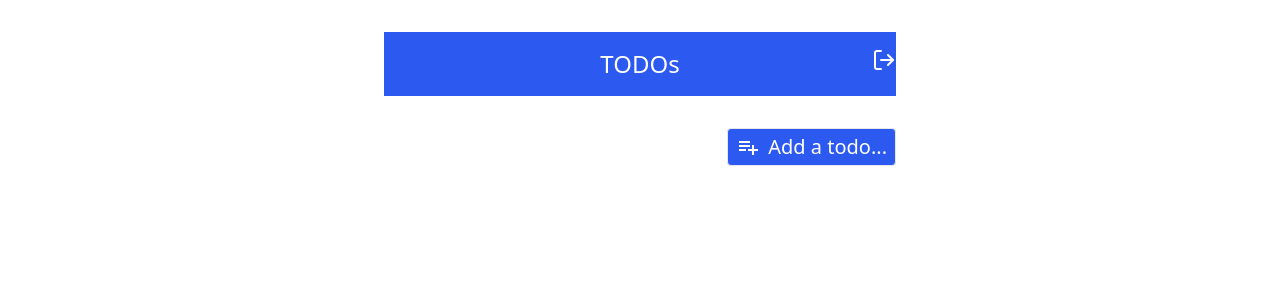
Repository: Jay-JYKim91/wanted-pre-onboarding-challenge-fe-1
Page: /
An editor plug-in stored every save of this project. The page is shown before and after the next save, followed by the edit.
The browser window is 1280 px wide. The pictures show the whole page.
The page's requests for data from a server got no answer. The project was rebuilt for these pictures with package versions that can differ from the ones it lists, and the page was loaded fresh each time. No one was signed in, and anything a server would have sent is missing. Also part of the build but not shown: src/services/authAPI.ts, src/page/Auth.tsx.

Above is the page before, as saved 2022-08-02 21:52:23.

### src/index.tsx
import React from "react"
import ReactDOM from "react-dom/client"
import "./index.css"
import App from "./App"
import { BrowserRouter } from "react-router-dom"

const root = ReactDOM.createRoot(document.getElementById("root") as HTMLElement)
root.render(
  <React.StrictMode>
    <BrowserRouter>
      <App />
    </BrowserRouter>
  </React.StrictMode>
)

### src/App.tsx
import React, { useEffect, useState } from "react"
import { Route, Routes, useNavigate } from "react-router-dom"
import Auth from "./page/Auth"
import Main from "./page/Main"
import { getTodos } from "./services/todoAPI"
import { FiLogOut } from "react-icons/fi"

function App() {
  const navigate = useNavigate()
  const userToken = window.localStorage.getItem("userToken")
  const [todos, setTodos] = useState([])

  useEffect(() => {
    if (userToken === "") {
      window.alert("Please login first.")
      navigate("/auth")
    } else {
      getTodos(userToken!).then((result) => {
        setTodos(result.data)
      })
    }
  }, [])

  return (
    <div className="App">
      <header className="max-w-xs md:max-w-lg mx-auto my-8 bg-primary-900 text-white text-center py-4 text-2xl relative">
        <span>TODOs</span>
        <button className="absolute right-0">
          <FiLogOut />
        </button>
      </header>
      <Routes>
        <Route path="/" element={<Main todos={todos} setTodos={setTodos} />} />
        <Route
          path="/:id"
          element={<Main todos={todos} setTodos={setTodos} />}
        />
        <Route path="/auth" element={<Auth />} />
      </Routes>
    </div>
  )
}

export default App

### src/page/Main.tsx
import React, { useEffect, useState } from "react"
import {
  MdPlaylistAdd,
  MdLibraryAdd,
  MdOutlineEditNote,
  MdDelete,
  MdOutlineEditOff,
  MdPlaylistAddCheck,
} from "react-icons/md"
import { useNavigate, useParams } from "react-router-dom"
import {
  getTodoById,
  createTodo,
  deleteTodo,
  getTodos,
  updateTodo,
} from "../services/todoAPI"

type Props = {
  todos: TodoProps[]
  setTodos: React.Dispatch<React.SetStateAction<never[]>>
}

type DisplayForm = "open" | "close"

type TodoProps = {
  title: string
  content: string
  id: string
  createdAt: string
  updatedAt: string
}

function Main({ todos, setTodos }: Props) {
  const navigate = useNavigate()
  const { id } = useParams()
  const userToken = window.localStorage.getItem("userToken")
  const [titleInput, setTitleInput] = useState("")
  const [contentInput, setContentInput] = useState("")
  const [editedTitleInput, setEditedTitleInput] = useState("")
  const [editedContentInput, setEditedContentInput] = useState("")
  const [activeTodoId, setActiveTodoId] = useState("")
  const [activeTodo, setActiveTodo] = useState<TodoProps>()
  const liStyleDefault =
    "rounded mb-1 p-1 text-white cursor-pointer bg-primary-500"
  const liStyleActive =
    "rounded mb-1 p-1 text-white cursor-pointer bg-primary-900 font-bold"

  function handleTodoAddForm(displayForm: DisplayForm) {
    const btn = document.getElementById("addTodoBtn")
    const form = document.getElementById("addTodoForm")

    if (displayForm === "open") {
      btn!.style.display = "none"
      form!.style.display = "block"
    } else {
      btn!.style.display = "flex"
      form!.style.display = "none"
    }
  }

  function handleTodoEditForm(displayForm: DisplayForm) {
    const originalTitle = document.getElementById("originalTitle")
    const originalContent = document.getElementById("originalContent")
    const originalButtons = document.getElementById("originalButtons")
    const editedTitleInput = document.getElementById("editedTitleInput")
    const editedContentInput = document.getElementById("editedContentInput")
    const editButtons = document.getElementById("editButtons")

    if (displayForm === "open") {
      originalTitle!.style.display = "none"
      originalContent!.style.display = "none"
      originalButtons!.style.display = "none"
      editedTitleInput!.style.display = "flex"
      editedContentInput!.style.display = "flex"
      editButtons!.style.display = "flex"
    } else {
      originalTitle!.style.display = "flex"
      originalContent!.style.display = "flex"
      originalButtons!.style.display = "flex"
      editedTitleInput!.style.display = "none"
      editedContentInput!.style.display = "none"
      editButtons!.style.display = "none"
    }
  }

  useEffect(() => {
    if (id) {
      setActiveTodoId(id)
    }
  }, [id])

  // useEffect(() => {
  //   if (!activeTodoId && window.localStorage.getItem("activeTodoId")) {
  //     // setActiveTodoId(window.localStorage.getItem("activeTodoId")!)
  //     navigate(`/${window.localStorage.getItem("activeTodoId")!}`)
  //   }

  //   // console.log(window.localStorage.getItem("activeTodoId"))
  // }, [])

  useEffect(() => {
    if (activeTodoId !== "") {
      getTodoById(id!, userToken!).then((result) => {
        setActiveTodo(result.data)
        setEditedTitleInput(result.data.title)
        setEditedContentInput(result.data.content)
        window.localStorage.setItem("activeTodoId", activeTodoId)
      })
    }
    if (document.getElementById("originalTitle")) {
      handleTodoEditForm("close")
    }
  }, [activeTodoId])

  useEffect(() => {
    navigate("/")
  }, [todos])

  function handleAddTodo(event: React.FormEvent<HTMLFormElement>) {
    event.preventDefault()

    const userToken = window.localStorage.getItem("userToken")
    const data = {
      title: titleInput,
      content: contentInput,
    }

    createTodo(data, userToken!).then((result) => {
      if (result.data) {
        setTitleInput("")
        setContentInput("")
        handleTodoAddForm("close")
        getTodos(userToken!).then((result) => {
          setTodos(result.data)
        })
      }
    })
  }

  function handleDeleteTodo(id: string) {
    const confirm = window.confirm(
      "Are you sure you want to permanently delete this todo?"
    )

    if (confirm) {
      deleteTodo(id, userToken!).then((result) => {
        if (result.data === null) {
          getTodos(userToken!).then((res) => {
            setTodos(res.data)
          })
          setActiveTodoId("")
          setActiveTodo(undefined)
        }
      })
    }
  }

  function handleEditTodo(id: string) {
    const data = {
      title: editedTitleInput,
      content: editedContentInput,
    }

    updateTodo(id, userToken!, data).then((result) => {
      handleTodoEditForm("close")
      setActiveTodo(result.data)
      getTodos(userToken!).then((res) => {
        setTodos(res.data)
      })
    })
  }

  return (
    <div className="max-w-xs md:max-w-lg mx-auto my-8">
      <div className="relative">
        <button
          id="addTodoBtn"
          type="button"
          className="flex items-center border rounded bg-primary-900 text-white px-2 py-1 w-fit absolute right-0"
          onClick={() => handleTodoAddForm("open")}
        >
          <MdPlaylistAdd className="mr-2 text-2xl" />
          <span className="text-xl">Add a todo...</span>
        </button>
      </div>

      <form
        className="my-4 hidden"
        id="addTodoForm"
        onSubmit={(event) => handleAddTodo(event)}
      >
        <h1 className="text-xl text-center">Add a todo</h1>
        <div className="flex justify-end text-xl">
          <button
            type="submit"
            className="p-1 my-4 mr-1 rounded bg-primary-900 text-white shadow-lg"
          >
            <MdLibraryAdd />
          </button>
          <button
            type="submit"
            className="p-1 my-4 rounded bg-primary-900 text-white shadow-lg"
            onClick={() => handleTodoAddForm("close")}
          >
            <MdOutlineEditOff />
          </button>
        </div>
        <div className="flex flex-col mb-2">
          <label htmlFor="titleInput">Title</label>
          <input
            type="text"
            id="titleInput"
            value={titleInput}
            required
            onChange={(event) => setTitleInput(event.target.value)}
            className="border rounded px-1"
          />
        </div>
        <div className="flex flex-col mb-2">
          <label htmlFor="contentInput">Content</label>
          <textarea
            name="contentInput"
            id="contentInput"
            cols={30}
            rows={3}
            value={contentInput}
            onChange={(event) => setContentInput(event.target.value)}
            className="border rounded px-1"
          ></textarea>
        </div>
      </form>
      <div className="pt-16 flex">
        <ul className="basis-1/3 p-2">
          {todos.map((todo: TodoProps) => {
            return (
              <li
                onClick={() => {
                  setActiveTodoId(todo.id)
                  navigate(`/${todo.id}`)
                }}
                key={todo.id}
                className={
                  activeTodoId === todo.id ? liStyleActive : liStyleDefault
                }
              >
                {todo.title}
              </li>
            )
          })}
        </ul>
        <div className="basis-2/3 p-2">
          {activeTodo && (
            <div>
              <div className="flex justify-between items-center">
                <h1 className="text-2xl" id="originalTitle">
                  {activeTodo.title}
                </h1>
                <input
                  type="text"
                  id="editedTitleInput"
                  value={editedTitleInput}
                  onChange={(event) => setEditedTitleInput(event.target.value)}
                  className="border hidden text-2xl px-1"
                />
                <div className="flex text-2xl text-white" id="originalButtons">
                  <button
                    type="button"
                    className="mr-1 bg-primary-900 rounded border-2 border-primary-900 hover:bg-white hover:text-primary-900"
                    onClick={() => handleTodoEditForm("open")}
                  >
                    <MdOutlineEditNote />
                  </button>
                  <button
                    type="button"
                    className="bg-primary-900 rounded border-2 border-primary-900 hover:bg-white hover:text-primary-900"
                    onClick={() => handleDeleteTodo(activeTodo.id)}
                  >
                    <MdDelete />
                  </button>
                </div>
                <div className="text-2xl text-white hidden" id="editButtons">
                  <button
                    type="button"
                    className="mr-1 bg-primary-900 rounded border-2 border-primary-900 hover:bg-white hover:text-primary-900"
                    onClick={() => handleTodoEditForm("close")}
                  >
                    <MdOutlineEditOff />
                  </button>
                  <button
                    type="button"
                    className="bg-primary-900 rounded border-2 border-primary-900 hover:bg-white hover:text-primary-900"
                    onClick={() => handleEditTodo(activeTodo.id)}
                  >
                    <MdPlaylistAddCheck />
                  </button>
                </div>
              </div>

              <p className="text-sm text-neutral-500">
                {activeTodo.updatedAt.split("T")[0]}
              </p>
              <p className="mt-2" id="originalContent">
                {activeTodo.content}
              </p>
              <textarea
                name="editedContentInput"
                id="editedContentInput"
                value={editedContentInput}
                onChange={(event) => setEditedContentInput(event.target.value)}
                cols={30}
                rows={3}
                className="border px-1 hidden mt-2"
              ></textarea>
            </div>
          )}
        </div>
      </div>
    </div>
  )
}

export default Main

### src/services/todoAPI.ts
export async function getTodos(userToken: string) {
  const response = await fetch("http://localhost:8080/todos", {
    method: "GET",
    headers: { Authorization: userToken },
  })
  const result = await response.json();
  return result;
}

export async function getTodoById(id: string, userToken: string) {
  const response = await fetch(`http://localhost:8080/todos/${id}`, {
    method: "GET",
    headers: { Authorization: userToken },
  })
  const result = await response.json();
  return result;
}

export async function createTodo(data: {title: string, content: string}, userToken: string) {
  const response = await fetch("http://localhost:8080/todos", {
    method: "POST",
    headers: {
      "Content-Type": "application/json",
      Authorization: userToken!,
    },
    body: JSON.stringify(data),
  })
  const result = await response.json();
  return result;
}

export async function deleteTodo(id: string, userToken: string) {
  const response = await fetch(`http://localhost:8080/todos/${id}`, {
    method: "DELETE",
    headers: {
      Authorization: userToken!,
    },
  })
  const result = await response.json();
  return result;
}

export async function updateTodo(id: string, userToken: string,  data: {title: string, content: string}) {
    const response = await fetch(`http://localhost:8080/todos/${id}`, {
      method: "PUT",
      headers: {
        "Content-Type": "application/json",
        Authorization: userToken!,
      },
      body: JSON.stringify(data),
    })
    const result = await response.json();
    return result;
  }

### tailwind.config.js
/** @type {import('tailwindcss').Config} */
module.exports = {
  content: [
    "./src/**/*.{js,jsx,ts,tsx}",
  ],
  theme: {
    extend: {
      colors: {
        'primary': {
          100: '#47dfbc',
          500: '#428afe',
          900: '#2c5af1',
        }
      },
    },
  },
  plugins: [],
}

Loaded but not shown: public/index.html (common file); src/index.css (common file)

After the next save:
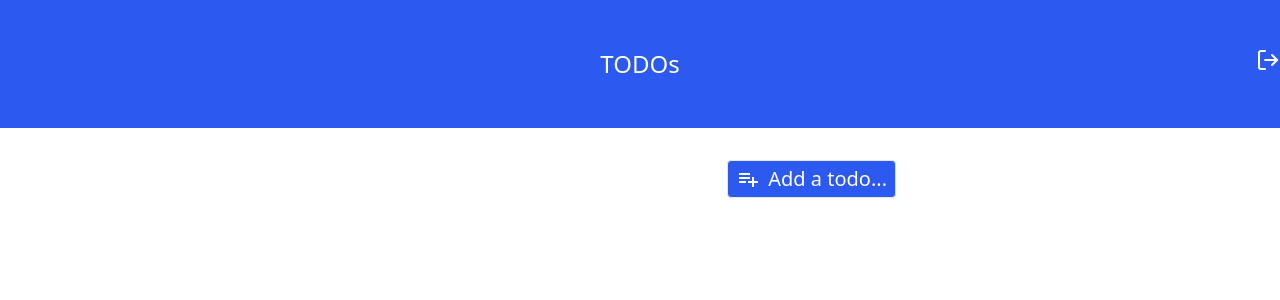
Saved 18 s later.
--- a/src/App.tsx
+++ b/src/App.tsx
@@ -23,11 +23,13 @@ function App() {
 
   return (
     <div className="App">
-      <header className="max-w-xs md:max-w-lg mx-auto my-8 bg-primary-900 text-white text-center py-4 text-2xl relative">
-        <span>TODOs</span>
-        <button className="absolute right-0">
-          <FiLogOut />
-        </button>
+      <header className="bg-primary-900 text-white text-center py-4 text-2xl relative">
+        <div className="max-w-xs md:max-w-lg mx-auto my-8">
+          <span>TODOs</span>
+          <button className="absolute right-0">
+            <FiLogOut />
+          </button>
+        </div>
       </header>
       <Routes>
         <Route path="/" element={<Main todos={todos} setTodos={setTodos} />} />
